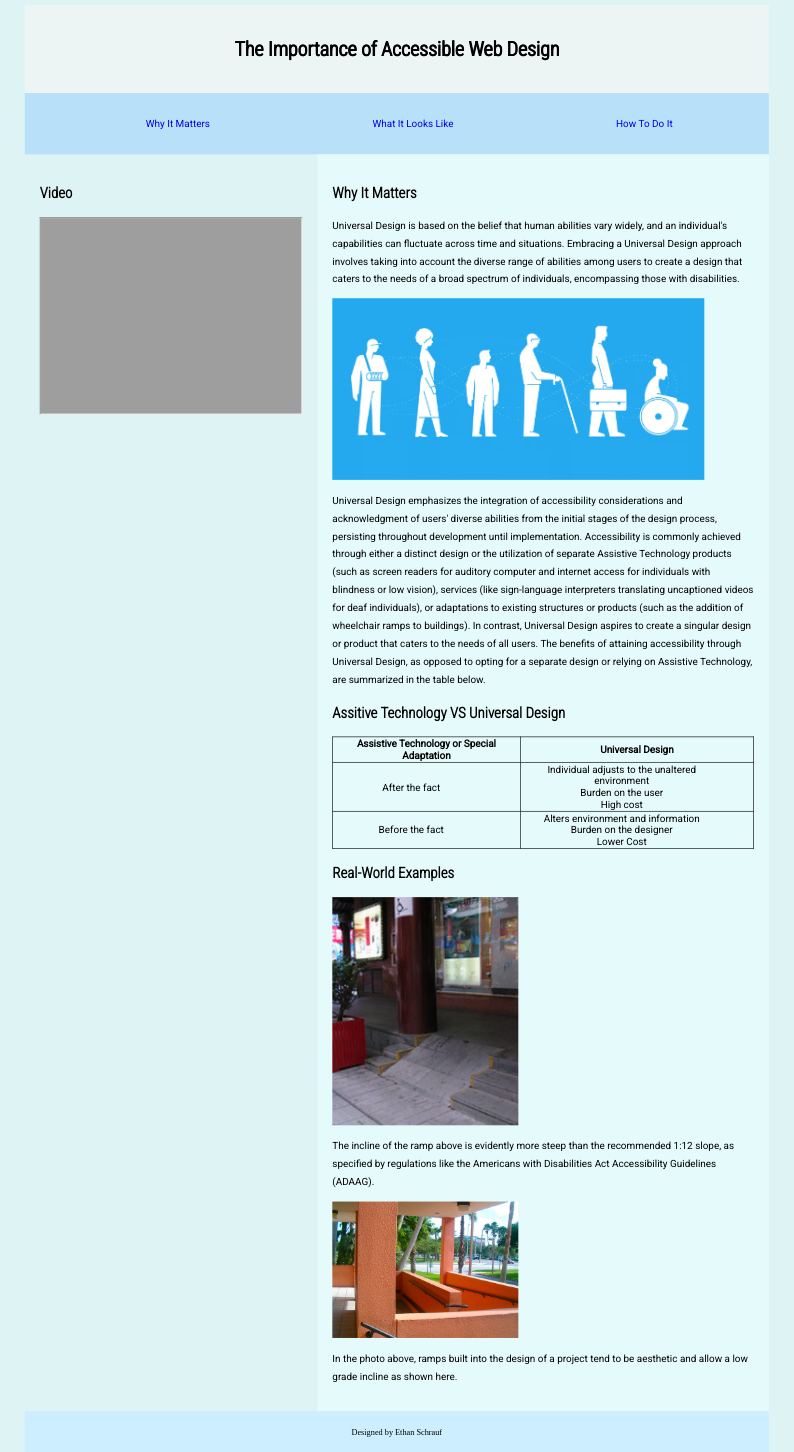
Repository: ethan-schrauf/UniversalDesignWebsite
Page: Final-Project/why.html
The author's editor kept a copy of each file at every save. The page is drawn from the files as they stood at one save, then again after the next save.
The browser window is 1280 px wide. The pictures show the whole page, at 62% of full size.
Pictures or frames that could not be fetched are drawn as grey boxes.

Above is the page before, as saved 2023-11-25 03:28:26.

### Final-Project/why.html

<!DOCTYPE html>

<html lang="en">
<head>
  <meta charset="UTF-8">
  <meta name="viewport" content="width=device-width, initial-scale=1.0">
  <meta http-equiv="X-UA-Compatible" content="ie=edge">
  <title>Why Accessibility Matters</title>
  <link href="why.css" rel="stylesheet">
</head>
<body>
  <a href="#main-content" class="skip-link">Skip to main content</a>
<div class="container">
  <header>
    <h1>The Importance of Accessible Web Design</h1>
  </header>
  <nav>
    <h2 class="sr-only">Main Navigation</h2>
    <ul>
      <li><a href="why.html">Why It Matters</a></li>
      <li><a href="what.html">What It Looks Like</a></li>
      <li><a href="how.html">How To Do It</a></li>
    </ul>
  </nav>
  <main id="main-content" class="mainy">
    <section>
      <h2 id="Why-It-Matters">Why It Matters</h2>
      <p>Universal Design is based on the belief that human abilities vary widely, and an individual's capabilities can fluctuate across time and situations. Embracing a Universal Design approach involves taking into account the diverse range of abilities among users to create a design that caters to the needs of a broad spectrum of individuals, encompassing those with disabilities.</p>
      <img src="images/why-it-matters.png" alt="A diverse group of people are moving to the right."  style="width: 600px; height: auto;">
      <p>Universal Design emphasizes the integration of accessibility considerations and acknowledgment of users' diverse abilities from the initial stages of the design process, persisting throughout development until implementation. Accessibility is commonly achieved through either a distinct design or the utilization of separate Assistive Technology products (such as screen readers for auditory computer and internet access for individuals with blindness or low vision), services (like sign-language interpreters translating uncaptioned videos for deaf individuals), or adaptations to existing structures or products (such as the addition of wheelchair ramps to buildings). In contrast, Universal Design aspires to create a singular design or product that caters to the needs of all users. The benefits of attaining accessibility through Universal Design, as opposed to opting for a separate design or relying on Assistive Technology, are summarized in the table below.</p>
      <!-- TABLE -->
  <section id="Assitive-Technology-or-Special-Adaptation-VS-Universal-Design">
    <h2>Assitive Technology VS Universal Design</h2>
    <table>
      <caption></caption>
      <thead>
          <tr>
              <th scope="col">Assistive Technology or Special Adaptation</th>
              <th scope="col">Universal Design</th>
          </tr>
      </thead>
      <tbody>
          <tr>
              <td>After the fact</td>
              <td>Individual adjusts to the unaltered environment<br>Burden on the user<br>High cost</td>
          </tr>
          <tr>
              <td>Before the fact</td>
              <td>Alters environment and information<br>Burden on the designer<br>Lower Cost</td>
          </tr>
      </tbody>
  </table>
  </section>
      <h2>Real-World Examples</h2>
      <img src="images/shanghai.png" alt="Wheelchair Ramp In Shanghai China"  style="width: 300px; height: auto;">
      <p>The incline of the ramp above is evidently more steep than the recommended 1:12 slope, as specified by regulations like the Americans with Disabilities Act Accessibility Guidelines (ADAAG).</p>
      <img src="images/graham-park.png" alt="Picture of Graham Park"  style="width: 300px; height: auto;">
      <p>In the photo above, ramps built into the design of a project tend to be aesthetic and allow a low grade incline as shown here.</p>
    </section>
  </main>
  <aside id="intro">
    <h2>Video</h2>
<iframe width="420" height="315"
src="https://www.youtube.com/embed/20SHvU2PKsM?si=sPxk5s9YLsb9J-sf">
</iframe>  </aside>
  <footer>
    <small> Designed by Ethan Schrauf</small>
  </footer>

</div> <!-- end container -->
</body>
</html>

### Final-Project/why.css
@import url('https://fonts.googleapis.com/css2?family=Roboto&display=swap');
@import url('https://fonts.googleapis.com/css2?family=Roboto&family=Roboto+Condensed:wght@300&display=swap');

body {
    background: rgb(222, 243, 244);
}

/* css reset */
::before,
::after {
    box-sizing: border-box;
    padding: 0;
    margin: 0;
}

h1,
h2,
h3 {
    padding: .2em 0;
}
h1 {
  font-family: 'Roboto Condensed', sans-serif;
  text-shadow: 0.5px 0.5px 0.5px black;
}

p {
    margin: 1.0em 0;
    line-height: 1.8em;
}

header,
nav,
main,
aside,
footer {
    padding: 1.5em;
}

header,
footer {
    text-align: center;
}

.container {
    max-width: 1200px;
    margin: 0 auto;
    /* background: rgb(243, 251, 209); */
    display: grid;
    width: 100vw;
    height: 100vh;
    grid-template-columns:
     1fr       2fr;
    grid-template-areas:
    "heady     heady"
    "navvy     navvy"
    "Park-Rules    mainy"
    "Colorado-Wildlife    mainy"
    "footy     footy";

  }

  header {grid-area: heady; background:rgb(237, 245, 244);}
nav {grid-area: navvy; background:rgb(184, 224, 248);}
main {grid-area: mainy; background: rgb(229, 250, 250); max-height: 100%;}
#Park-Rules {grid-area: Park-Rules; background: rgb(214, 236, 245);}
#Colorado-Wildlife {grid-area: Colorado-Wildlife; background: rgb(215, 241, 247);}
footer {grid-area: footy; background: rgb(205, 238, 255);}

nav ul {
    display: flex;
    flex-flow: row nowrap;
    justify-content: space-around;
    }

    nav ul li {
      list-style: none
    }

    @media screen
      and (min-width: 701px)
      and (max-width: 1000px)  {
    .container {
    grid-template-columns:
       1fr 1fr;
    grid-template-areas:
      "heady heady"
      "navvy navvy"
      "intro intro"
      "mainy mainy"
      "footy footy";
    }
    }

    @media screen
      and (max-width: 700px)  {
    .container {
    grid-template-columns:
       1fr;
    grid-template-areas:
      "heady"
      "navvy"
      "intro"
      "mainy"
      "footy";
    }
    nav ul {
      flex-flow: column nowrap;
      text-align: center;
    }
    nav ul li a {
      display: block;
      padding: 10px 5px;
      margin: 5px;
      background: white;

    }
    }

    p {
        font-family: 'Roboto', sans-serif;
    }

    h2,
    h1 {
        font-family: 'Roboto Condensed', sans-serif;
    }

    #park-image {
        width: 300px; /* Set the desired width in pixels */
        height: auto; /* Maintain the aspect ratio */
      }

      .sr-only {
        border: 0;
        clip: rect(0, 0, 0, 0);
        height: 1px;
        margin: -1px;
        overflow: hidden;
        padding: 0;
        position: absolute;
        white-space: nowrap;
        width: 1px;
      }

       a {
      text-decoration: none;
      font-family: 'Roboto', sans-serif;
    }

  iframe {
    display:block;
  }

  table {
    border: 2px solid rgb(0, 0, 0);
  }

  table, th, td {
    border-collapse: collapse;
    border: 1px solid rgb(0, 0, 0);
    font-family: 'Roboto', sans-serif;
    text-align: center;
  }
  td {
    border-collapse: collapse;
    padding-right: 50px;
  }

  .skip-link {
    background: lavender;
    color: black;
    font-weight: 700;
    padding: 4px;
    position: absolute;
    transform: translate(-200%);
    text-decoration: none; /* Remove underline */
    z-index: 9999; /* Ensure it's on top */
  }

  .skip-link:focus {
    transform: translate(0%);
  }

  .skip-link {
    transition: transform 0.5s;
  }

After the next save:
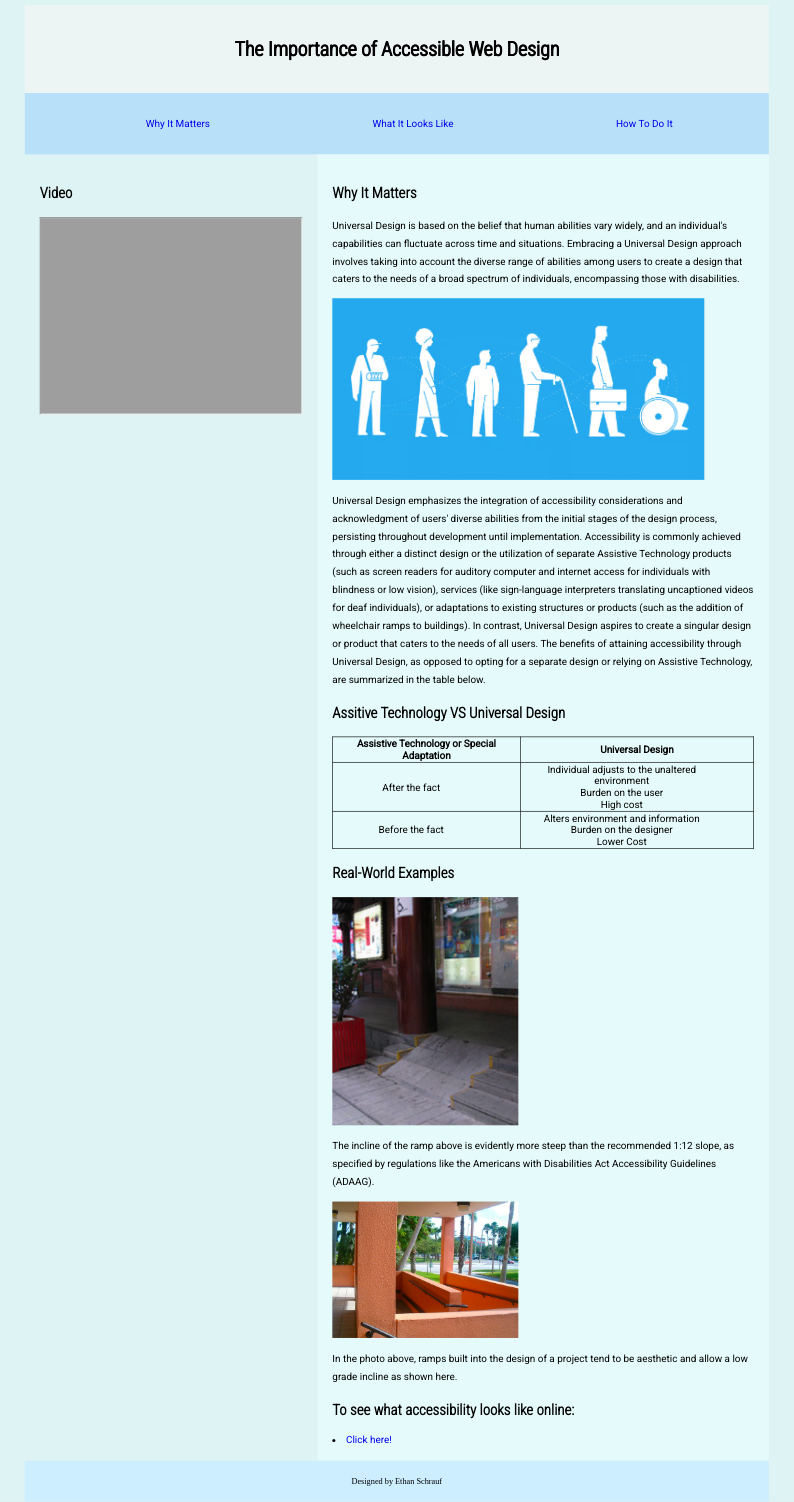
Saved 2 min 48 s later.
--- a/Final-Project/why.html
+++ b/Final-Project/why.html
@@ -57,6 +57,9 @@
       <p>The incline of the ramp above is evidently more steep than the recommended 1:12 slope, as specified by regulations like the Americans with Disabilities Act Accessibility Guidelines (ADAAG).</p>
       <img src="images/graham-park.png" alt="Picture of Graham Park"  style="width: 300px; height: auto;">
       <p>In the photo above, ramps built into the design of a project tend to be aesthetic and allow a low grade incline as shown here.</p>
+
+      <h2>To see what accessibility looks like online:</h2>
+      <li><a href="what.html">Click here!</a></li>
     </section>
   </main>
   <aside id="intro">
